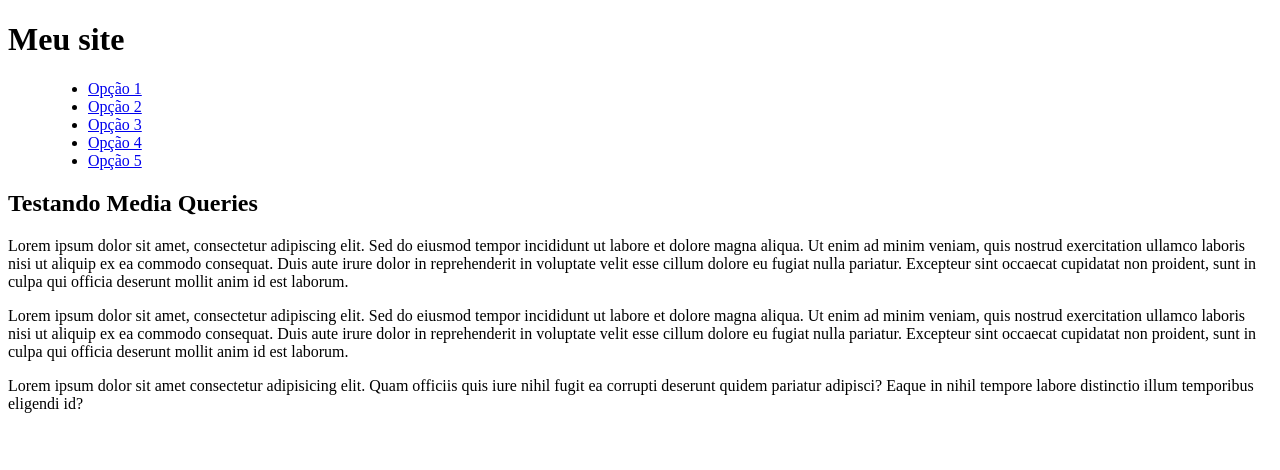
Repository: Sandro1969-tech/menu-hamburger
Page: index.html
The author's editor kept a copy of each file at every save. The page is drawn from the files as they stood at one save, then again after a run of saves.
The browser window is 1280 px wide. The pictures show the whole page.

Above is the page before, as saved 2025-12-25 17:47:53.

### index.html
<!DOCTYPE html>
<html lang="pt-br">
<head>
    <meta charset="UTF-8">
    <meta name="viewport" content="width=device-width, initial-scale=1.0">
    <title>Media Queries</title>
</head>
<body>
  <header>
    <main>
            <h1>Meu site</h1>
            <menu>
                <ul>
                    <li><a href="#">Opção 1</a></li>
                    <li><a href="#">Opção 2</a></li>
                    <li><a href="#">Opção 3</a></li>
                    <li><a href="#">Opção 4</a></li>
                    <li><a href="#">Opção 5</a></li>
                </ul>
            </menu>
                <article>
                    <h2>Testando Media Queries</h2>
                    <p>Lorem ipsum dolor sit amet, consectetur adipiscing elit. Sed do eiusmod tempor incididunt ut labore et dolore magna aliqua. Ut enim ad minim veniam, quis nostrud exercitation ullamco laboris nisi ut aliquip ex ea commodo consequat. Duis aute irure dolor in reprehenderit in voluptate velit esse cillum dolore eu fugiat nulla pariatur. Excepteur sint occaecat cupidatat non proident, sunt in culpa qui officia deserunt mollit anim id est laborum.</p>
                    <p>Lorem ipsum dolor sit amet, consectetur adipiscing elit. Sed do eiusmod tempor incididunt ut labore et dolore magna aliqua. Ut enim ad minim veniam, quis nostrud exercitation ullamco laboris nisi ut aliquip ex ea commodo consequat. Duis aute irure dolor in reprehenderit in voluptate velit esse cillum dolore eu fugiat nulla pariatur. Excepteur sint occaecat cupidatat non proident, sunt in culpa qui officia deserunt mollit anim id est laborum.</p>
                    <p> Lorem ipsum dolor sit amet consectetur adipisicing elit. Quam officiis quis iure nihil fugit ea corrupti deserunt quidem pariatur adipisci? Eaque in nihil tempore labore distinctio illum temporibus eligendi id?</p>
                </article>
    </main>
  </header>
</body>
</html>

After the next 2 saves:
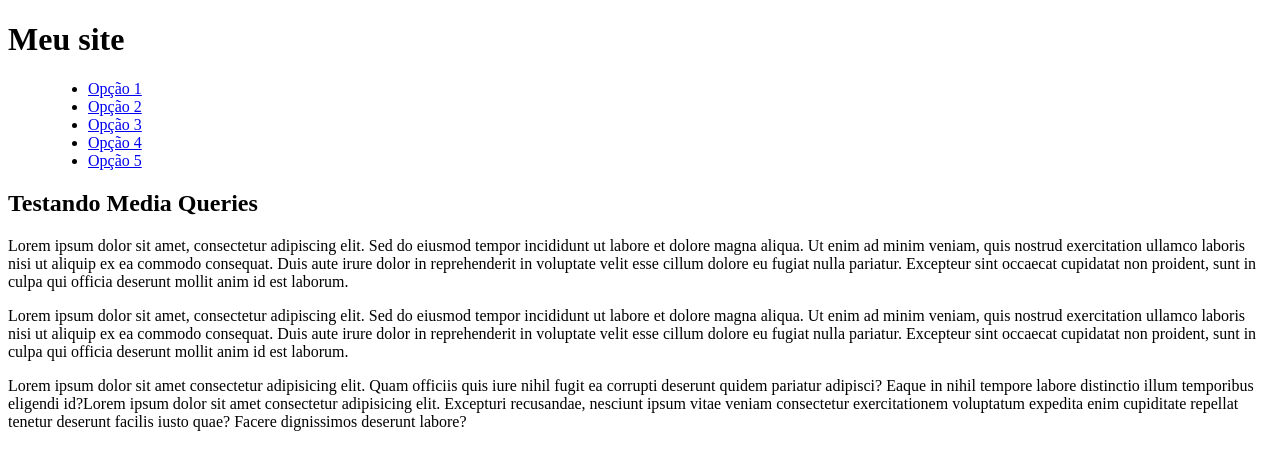
The 2 saves are shown as one change because they came seconds apart.
The last was saved 38 s later.
--- a/index.html
+++ b/index.html
@@ -22,7 +22,7 @@
                     <h2>Testando Media Queries</h2>
                     <p>Lorem ipsum dolor sit amet, consectetur adipiscing elit. Sed do eiusmod tempor incididunt ut labore et dolore magna aliqua. Ut enim ad minim veniam, quis nostrud exercitation ullamco laboris nisi ut aliquip ex ea commodo consequat. Duis aute irure dolor in reprehenderit in voluptate velit esse cillum dolore eu fugiat nulla pariatur. Excepteur sint occaecat cupidatat non proident, sunt in culpa qui officia deserunt mollit anim id est laborum.</p>
                     <p>Lorem ipsum dolor sit amet, consectetur adipiscing elit. Sed do eiusmod tempor incididunt ut labore et dolore magna aliqua. Ut enim ad minim veniam, quis nostrud exercitation ullamco laboris nisi ut aliquip ex ea commodo consequat. Duis aute irure dolor in reprehenderit in voluptate velit esse cillum dolore eu fugiat nulla pariatur. Excepteur sint occaecat cupidatat non proident, sunt in culpa qui officia deserunt mollit anim id est laborum.</p>
-                    <p> Lorem ipsum dolor sit amet consectetur adipisicing elit. Quam officiis quis iure nihil fugit ea corrupti deserunt quidem pariatur adipisci? Eaque in nihil tempore labore distinctio illum temporibus eligendi id?</p>
+                    <p> Lorem ipsum dolor sit amet consectetur adipisicing elit. Quam officiis quis iure nihil fugit ea corrupti deserunt quidem pariatur adipisci? Eaque in nihil tempore labore distinctio illum temporibus eligendi id?Lorem ipsum dolor sit amet consectetur adipisicing elit. Excepturi recusandae, nesciunt ipsum vitae veniam consectetur exercitationem voluptatum expedita enim cupiditate repellat tenetur deserunt facilis iusto quae? Facere dignissimos deserunt labore?</p>
                 </article>
     </main>
   </header>
